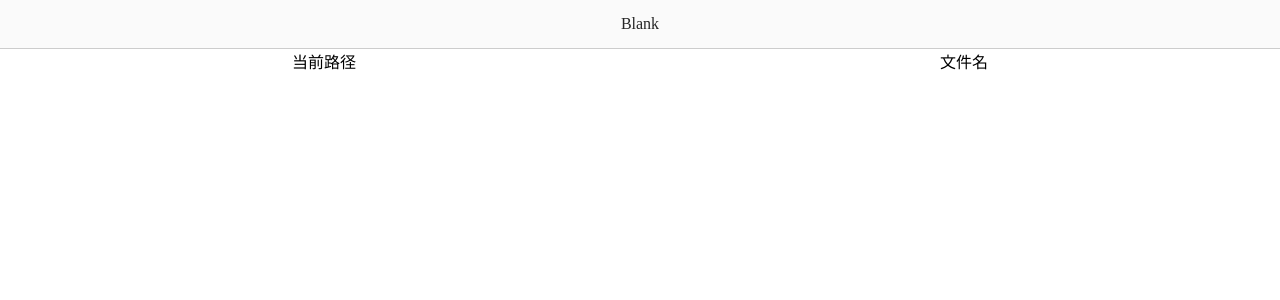
Repository: andycj7/-
Page: JS插件开发/filesystem/index.html
The author's editor kept a copy of each file at every save. The page is drawn from the files as they stood at one save, then again after the next save.
The browser window is 1280 px wide. The pictures show the whole page.

Above is the page before, as saved 2020-07-21 07:41:23.
Console error (its wording comes from the project's code and is left out).

After the next save:
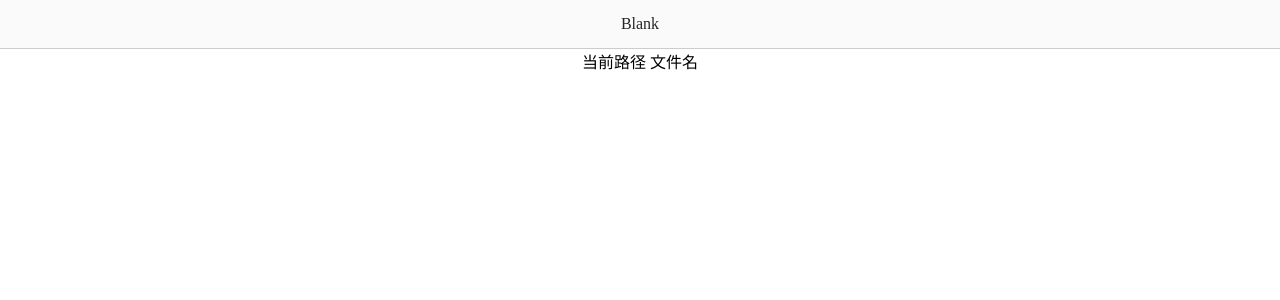
Saved 37 s later.
--- a/JS插件开发/filesystem/index.html
+++ b/JS插件开发/filesystem/index.html
@@ -13,8 +13,10 @@
 	<div class="line"></div>
 	<div class="div-parent">
 		<div class="div-control">
-			<label>当前路径</label>
-			<label>文件名</label>
+			<div>
+				<label>当前路径</label>
+				<label>文件名</label>
+			</div>
 		</div>
 		<div id="div_display" class="div-child-2">
 		</div>
